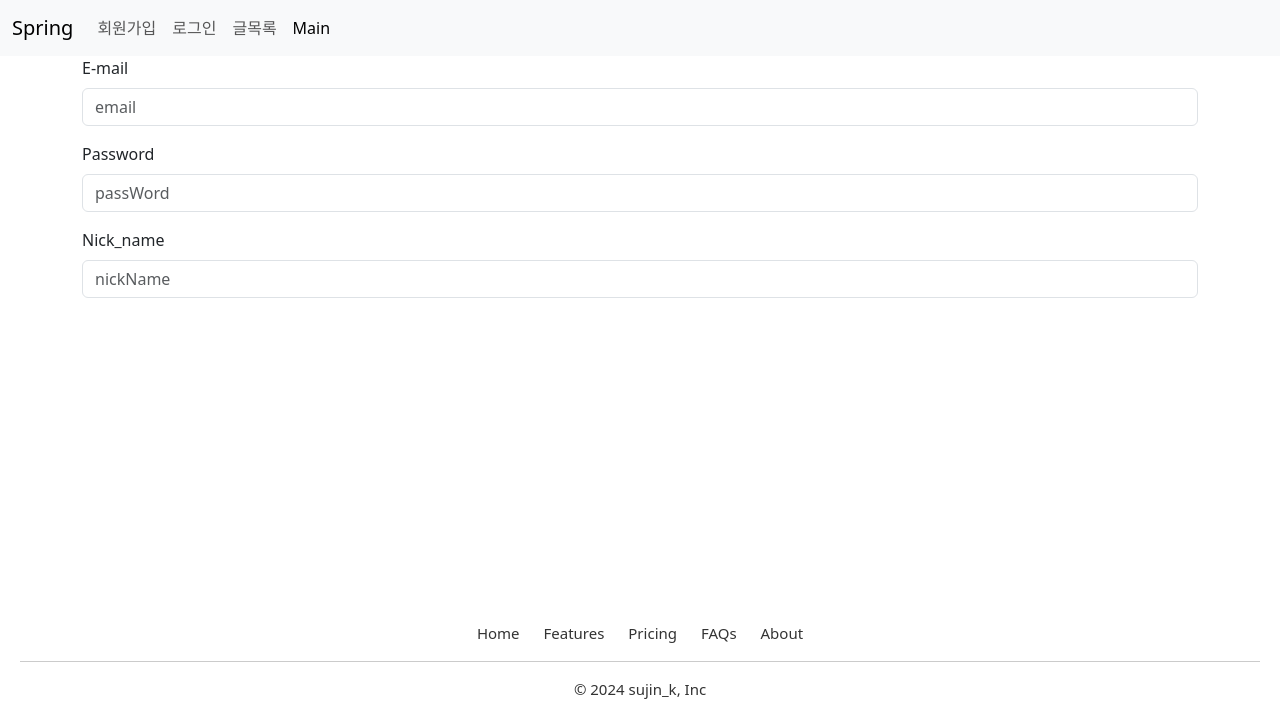
Repository: sujin1221/spring
Page: http://localhost/spring_test2/WEB-INF/views/member/modify.jsp
The author's editor kept a copy of each file at every save. The page is drawn from the files as they stood at one save, then again after the next save.
The browser window is 1280 px wide. The pictures show the whole page.
The page is served by Tomcat 9. Nobody is signed in. The template is opened directly, without the code that normally fills it, so the values that code supplies are empty.

Above is the page before, as saved 2024-01-16 00:22:15.
Console error: TypeError: Cannot read properties of null (reading 'addEventListener')

After the next save:
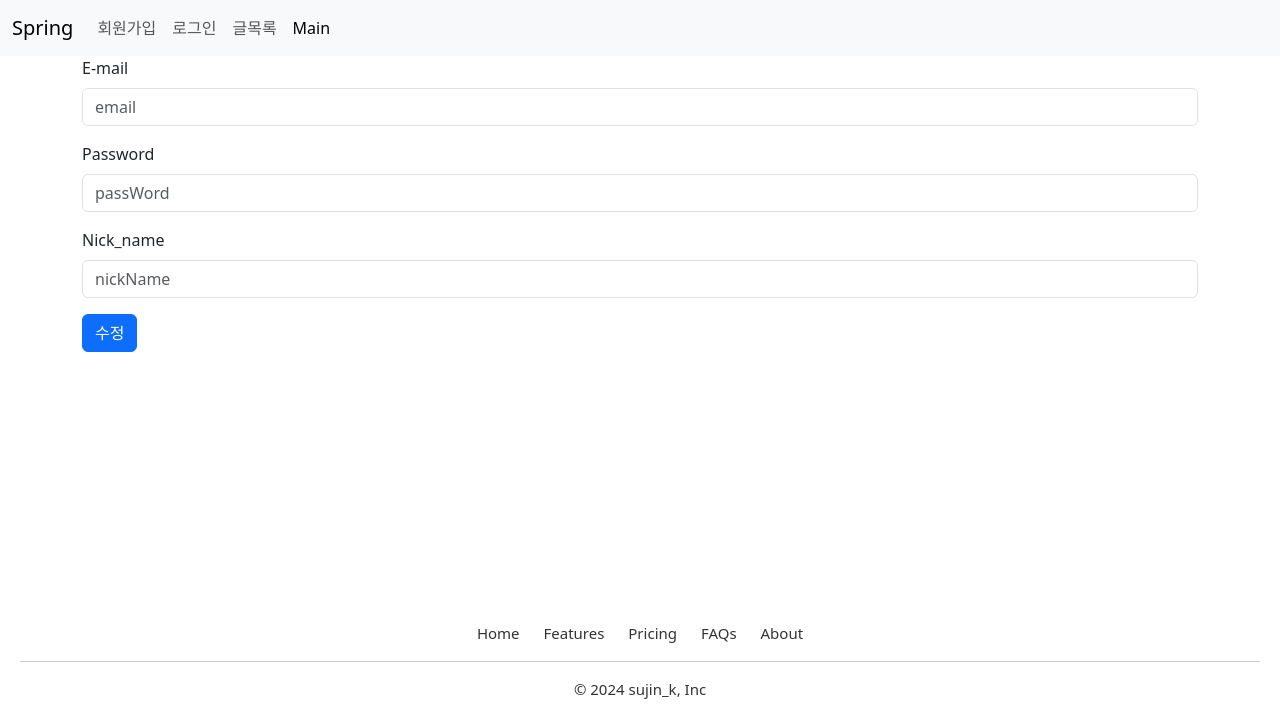
Saved 40 s later.
--- a/spring_test2/src/main/webapp/WEB-INF/views/member/modify.jsp
+++ b/spring_test2/src/main/webapp/WEB-INF/views/member/modify.jsp
@@ -25,7 +25,7 @@
 
 
 
-
+<button type="submit" class="btn btn-primary">수정</button>
 </form>
 </div>
 
